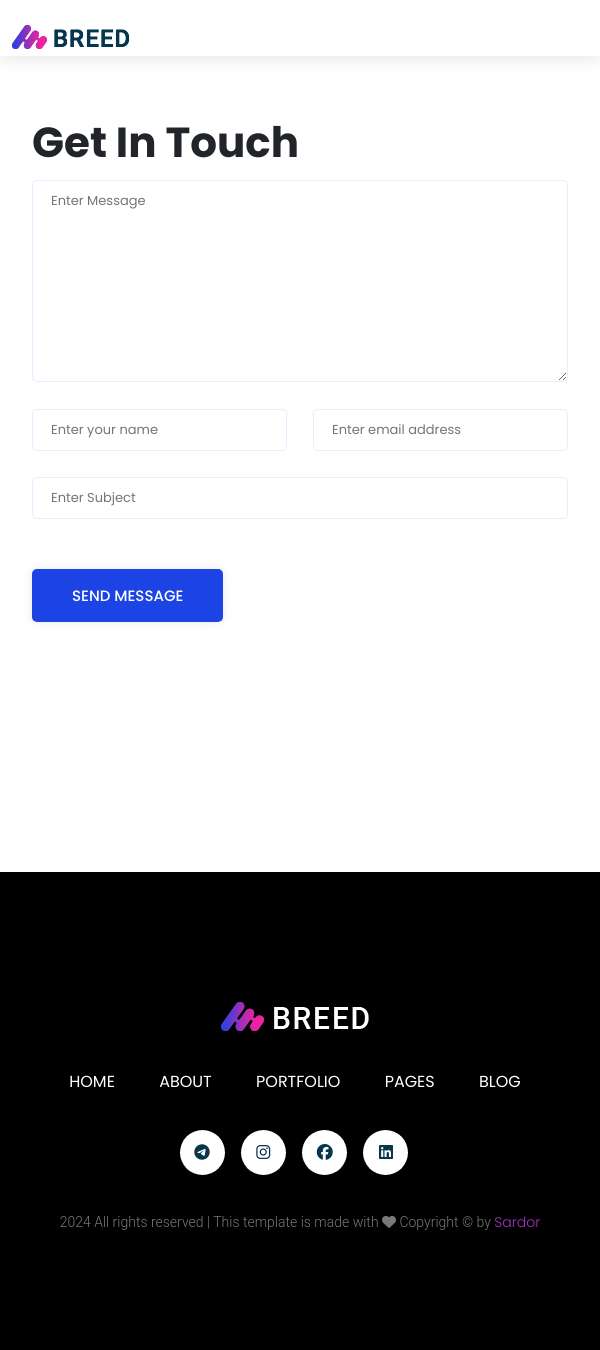
Repository: whoami2991/Sardorbek-Portfolio---Home
Page: contact.html
The author's editor kept a copy of each file at every save. The page is drawn from the files as they stood at one save, then again after the next save.
The browser window is 600 px wide. The pictures show the whole page.

Above is the page before, as saved 2024-08-02 16:27:36.

After the next save:
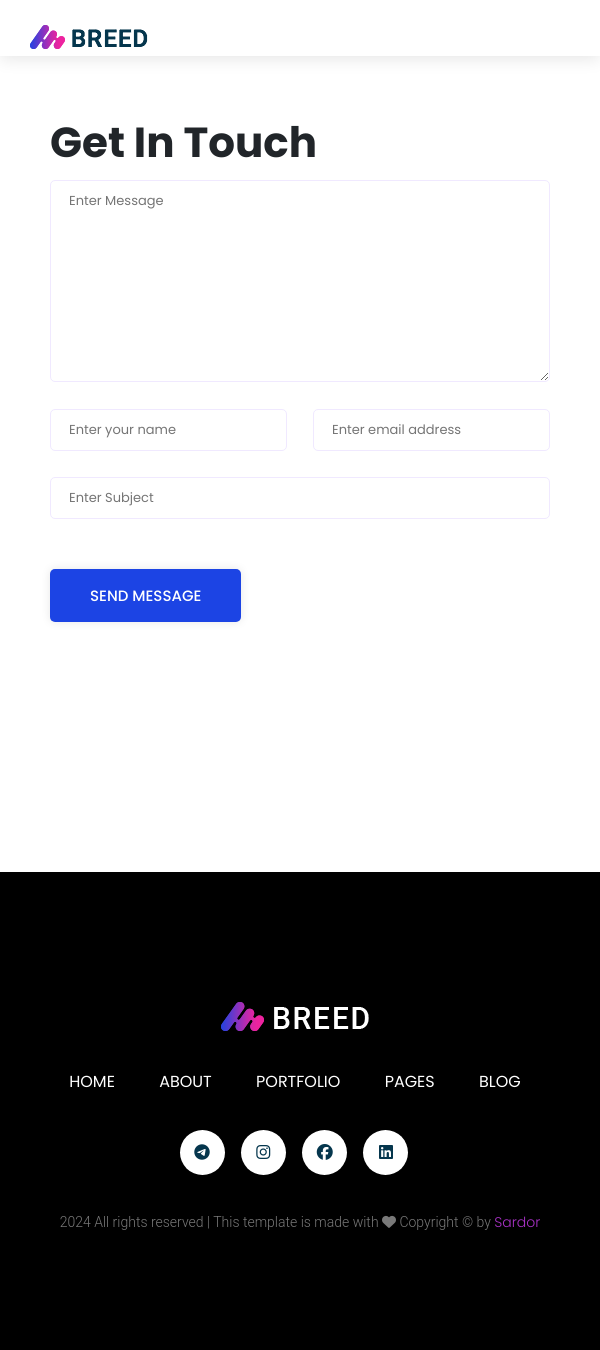
Saved 59 s later.
--- a/shared.css
+++ b/shared.css
@@ -173,7 +173,7 @@ body{
 
 @media only screen and (max-width: 767px) {
     .wrapper{
-        width: 96%;
+        width: 90%;
     }
     .main-navigation{
         display: none;
